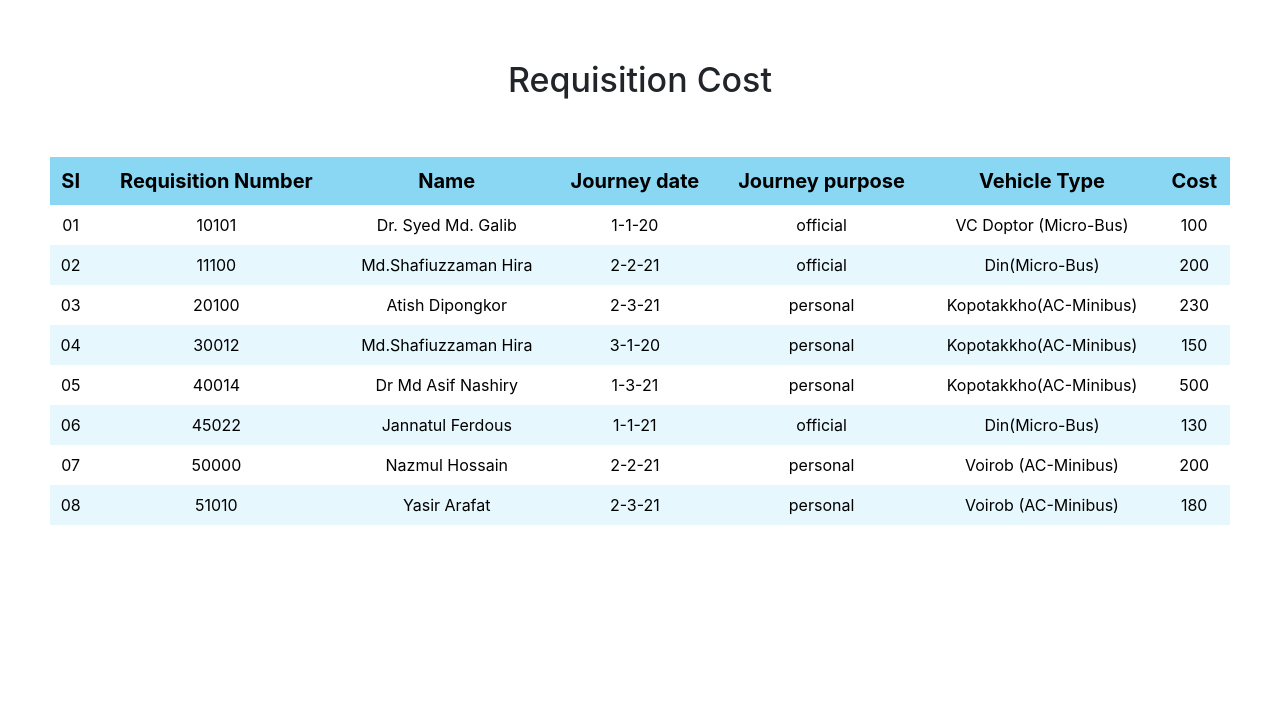
Repository: SMJNayeem/just-vms_project
Page: Front-End/html/Admin_cost.html
An editor plug-in stored every save of this project. The page is shown before and after the next save, followed by the edit.
The browser window is 1280 px wide. The pictures show the whole page.

Above is the page before, as saved 2021-03-26 12:02:24.

### Front-End/html/Admin_cost.html
<!DOCTYPE html>
<html>

<head>
	<title> Admin cost </title>
</head>
<meta charset="UTF-8">
<meta http-equiv="X-UA-Compatible" content="IE=edge">
<meta name="viewport" content="width=device-width, initial-scale=1.0">
<title>My Cost</title>
<link rel="stylesheet" href="https://cdn.jsdelivr.net/npm/bootstrap@4.6.0/dist/css/bootstrap.min.css"
	integrity="sha384-B0vP5xmATw1+K9KRQjQERJvTumQW0nPEzvF6L/Z6nronJ3oUOFUFpCjEUQouq2+l" crossorigin="anonymous">
<link rel="preconnect" href="https://fonts.gstatic.com">
<link href="https://fonts.googleapis.com/css2?family=Roboto:wght@300;400;500;700&display=swap" rel="stylesheet">
<link rel="stylesheet" href="../CSS/Admin_cost.css">
<link rel="stylesheet" href="../CSS/navbar.css">

<body>
	<div class="mainTable">
		<h1> Requisition Cost </h1>
		<br><br>

		<table border="1" cellspacing="5">
			<thead>
				<th> SI </th>
				<th> Requisition Number </th>
				<th> Name </th>
				<th> Journey date </th>
				<th> Journey purpose </th>
				<th> Vehicle Type </>
				<th> Cost </th>
			</thead>
			<tr>
				<td> 01 </td>
				<td> 10101 </td>
				<td> Dr. Syed Md. Galib </td>
				<td> 1-1-20 </td>
				<td> official </td>
				<td> VC Doptor (Micro-Bus) </td>
				<td> 100 </>
			</tr>
			<tr>
				<td> 02 </>
				<td> 11100 </td>
				<td> Md.Shafiuzzaman Hira </td>
				<td> 2-2-21 </td>
				<td> official </td>
				<td> Din(Micro-Bus) </td>
				<td> 200 </td>
			</tr>
			<tr>
				<td> 03 </td>
				<td> 20100 </td>
				<td> Atish Dipongkor </td>
				<td> 2-3-21 </td>
				<td> personal </td>
				<td> Kopotakkho(AC-Minibus) </td>
				<td> 230 </td>
			</tr>
			<tr>
				<td> 04 </td>
				<td> 30012 </td>
				<td> Md.Shafiuzzaman Hira </td>
				<td> 3-1-20 </td>
				<td> personal </td>
				<td> Kopotakkho(AC-Minibus) </td>
				<td> 150 </td>

			</tr>
			<tr>
				<td> 05 </td>
				<td> 40014 </td>
				<td> Dr Md Asif Nashiry </td>
				<td> 1-3-21 </td>
				<td> personal </td>
				<td> Kopotakkho(AC-Minibus) </td>
				<td> 500 </td>

			</tr>
			<tr>
				<td> 06 </td>
				<td> 45022 </td>
				<td> Jannatul Ferdous </td>
				<td> 1-1-21 </td>
				<td> official </td>
				<td> Din(Micro-Bus) </td>
				<td> 130 </td>

			</tr>
			<tr>
				<td> 07 </td>
				<td> 50000 </td>
				<td> Nazmul Hossain </td>
				<td> 2-2-21 </td>
				<td> personal </td>
				<td> Voirob (AC-Minibus) </td>
				<td> 200 </td>
			</tr>
			<tr>
				<td> 08 </td>
				<td> 51010 </td>
				<td> Yasir Arafat </td>
				<td> 2-3-21 </td>
				<td> personal </td>
				<td> Voirob (AC-Minibus) </td>
				<td> 180 </td>
			</tr>
		</table>
	</div>
</body>

</html>

### Front-End/css/Admin_cost.css
* {
    padding: 0;
    margin: 0;
}

ul,
ol {
    list-style: none;

}

a,
a:hover {
    text-decoration: none;
}

img {
    vertical-align: middle;
}

/* common css end */



table{
	border: none;
	width: 100%;
	border-collapse:collapse;
	margin: auto;
}
table thead th{
	border: none;
	color: black;
	padding: 9px;
	font-size: 20px;
	text-align: center;
}
table tr td{
	background-color:white-space;
	color: black;
	padding: 8px;
	font-size: 16px;
	border: none;
	text-align: center;
}
table tr:nth-child(even){
	background-color: #e6f7fd;
}
table tr:hover{
	background: #8ad7f4;
	transition: 0.5s;
}
table tr:hover td{
	color: white;
}
h1{
	text-align: center;
	font-size: 34px;
}
table tr td:nth-child(2){
	width: 250px;
	text-align: center;

}
.mainTable {
    margin: 60px 50px 50px 50px;
}
thead {
    background: #8ad7f4;
}

### Front-End/css/navbar.css
* {
    padding: 0;
    margin: 0;
}

ul,
ol {
    list-style: none;

}

a,
a:hover {
    text-decoration: none;
}

img {
    vertical-align: middle;
}

/* common css end */







/* Navbar */
.header{
    width: 100%;


}
.navbar{
    top: 0;
    left: 0;
    width: 100%;
    padding: 4px 2%;
    background-color: #fff;
    transition: all linear 0.3s;
    z-index: 999;
    box-shadow: 0px 5px 4px rgba(128, 128, 128, 0.387);
}
.logo{
    width: 70px;
    height: 70px;
}
.header .navbar a{
    display: flex;
}
.textlogo{
    height: 70px;
    width: 70px;
    margin-left: 20px;
}
.textlogofirst{
    font-family: 'Roboto', sans-serif;
    font-size: 25px;
    font-weight: 700;
}
.textlogosecond{
    font-family: 'Roboto', sans-serif;
    font-size: 18px;
    font-weight: 300;
}
.navicon{
    height: 35px;
    width: 135px;
    text-align: left;
    line-height: 30px;
    padding-left: 15px;
    padding-top: 3px;
    border-radius: 20px 10px 10px 20px;
    background-image: linear-gradient(to right,rgb(48, 185, 235),rgba(255, 255, 255,0.09));
    color: #000;
    font-family: 'Roboto', sans-serif;
    font-size: 15px;
    font-weight: 400;
}


/* navbar ENDS*/

After the next save:
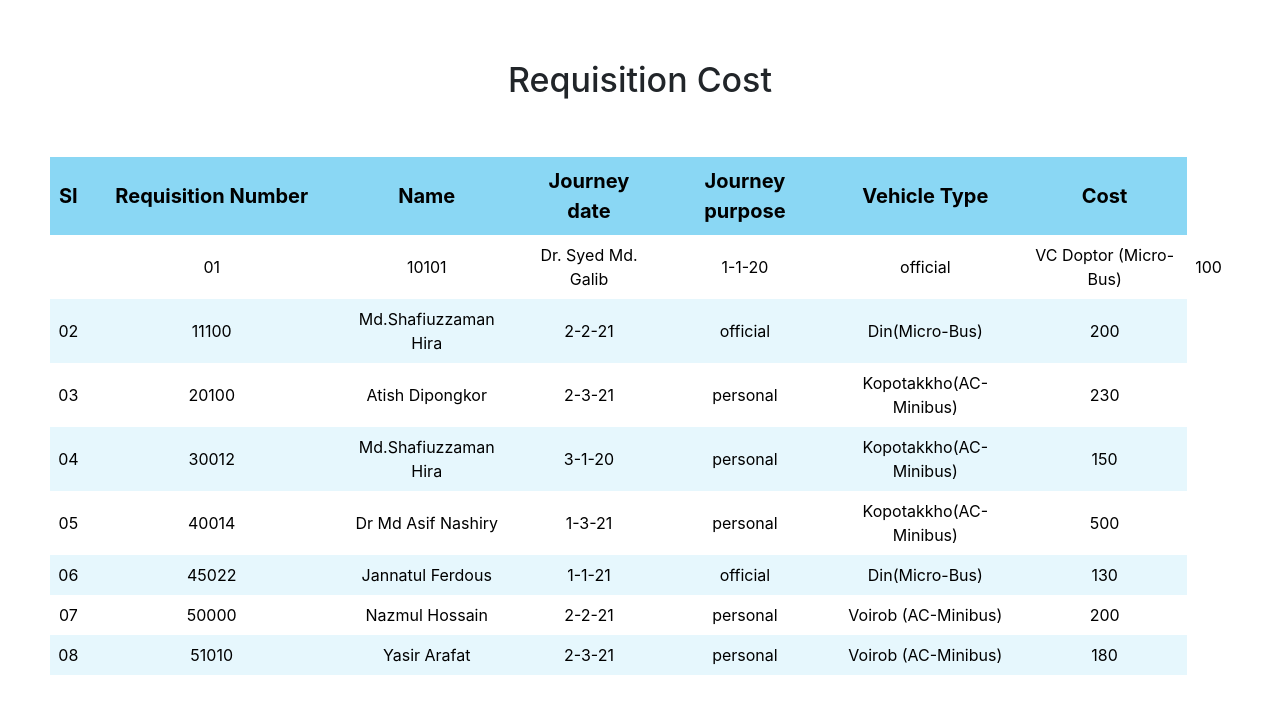
Saved 2 min 1 s later.
--- a/Front-End/html/Admin_cost.html
+++ b/Front-End/html/Admin_cost.html
@@ -27,20 +27,20 @@
 				<th> Name </th>
 				<th> Journey date </th>
 				<th> Journey purpose </th>
-				<th> Vehicle Type </>
+				<th> Vehicle Type </th>
 				<th> Cost </th>
 			</thead>
-			<tr>
-				<td> 01 </td>
-				<td> 10101 </td>
-				<td> Dr. Syed Md. Galib </td>
-				<td> 1-1-20 </td>
-				<td> official </td>
-				<td> VC Doptor (Micro-Bus) </td>
-				<td> 100 </>
+			<td>
+			<td> 01 </td>
+			<td> 10101 </td>
+			<td> Dr. Syed Md. Galib </td>
+			<td> 1-1-20 </td>
+			<td> official </td>
+			<td> VC Doptor (Micro-Bus) </td>
+			<td> 100 </td>
 			</tr>
 			<tr>
-				<td> 02 </>
+				<td> 02 </td>
 				<td> 11100 </td>
 				<td> Md.Shafiuzzaman Hira </td>
 				<td> 2-2-21 </td>

After the save that followed:
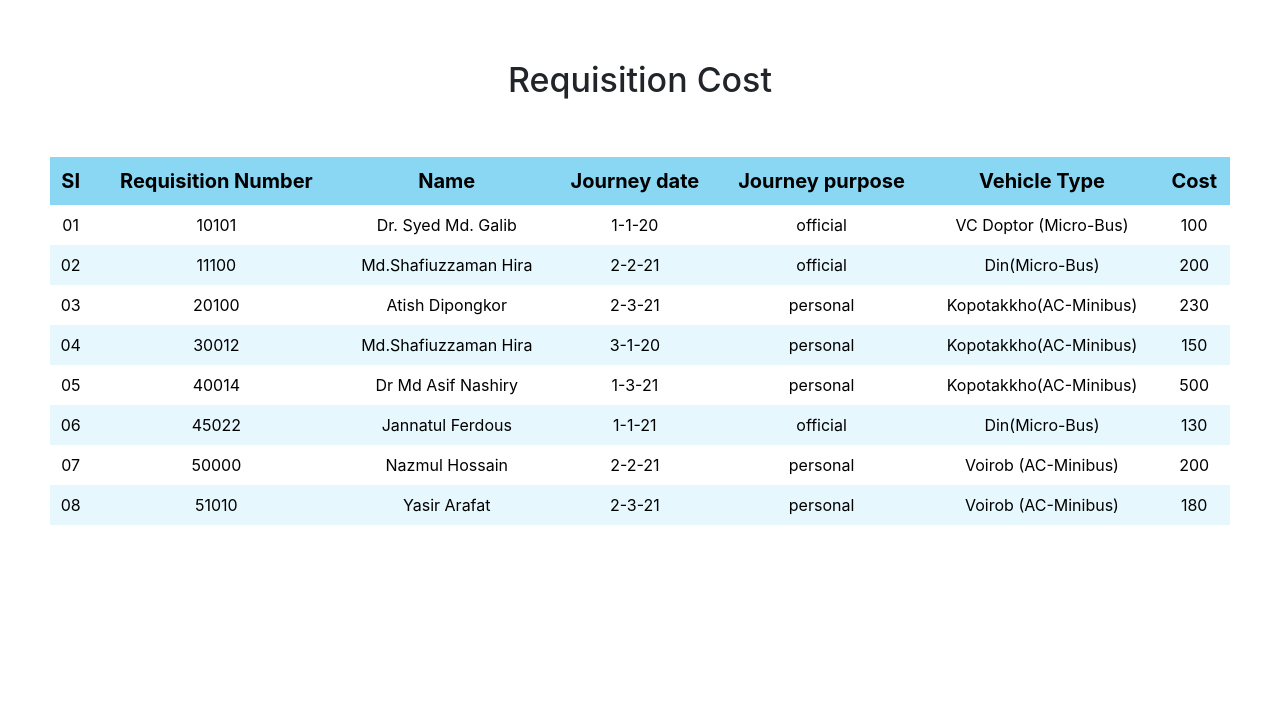
Saved 22 s later.
--- a/Front-End/html/Admin_cost.html
+++ b/Front-End/html/Admin_cost.html
@@ -30,14 +30,14 @@
 				<th> Vehicle Type </th>
 				<th> Cost </th>
 			</thead>
-			<td>
-			<td> 01 </td>
-			<td> 10101 </td>
-			<td> Dr. Syed Md. Galib </td>
-			<td> 1-1-20 </td>
-			<td> official </td>
-			<td> VC Doptor (Micro-Bus) </td>
-			<td> 100 </td>
+			<tr>
+				<td> 01 </td>
+				<td> 10101 </td>
+				<td> Dr. Syed Md. Galib </td>
+				<td> 1-1-20 </td>
+				<td> official </td>
+				<td> VC Doptor (Micro-Bus) </td>
+				<td> 100 </td>
 			</tr>
 			<tr>
 				<td> 02 </td>
